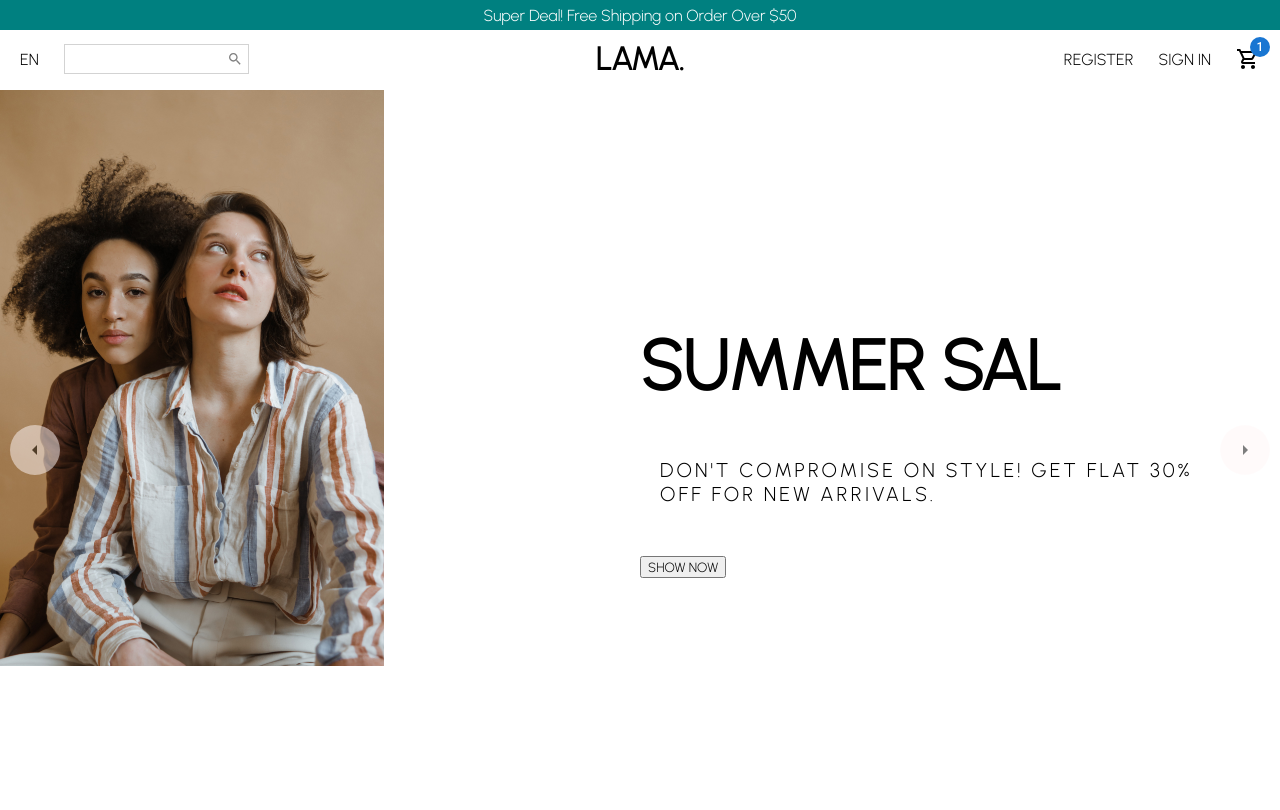
Repository: kmvaghela/ECOMMERCE
Page: /
The author's editor kept a copy of each file at every save. The page is drawn from the files as they stood at one save, then again after the next save.
The browser window is 1280 px wide. The pictures show the whole page.
The project was rebuilt for these pictures with package versions that can differ from the ones it lists, and the page was loaded fresh each time.

Above is the page before, as saved 2022-02-22 12:46:52.

### public/index.html
<!DOCTYPE html>
<html lang="en">

<head>
  <meta charset="utf-8" />
  <meta name="viewport" content="width=device-width, initial-scale=1" />
  <meta name="description" content="Web site created using create-react-app" />
  <link href="https://fonts.googleapis.com/css2?family=Urbanist:wght@100;200;300&display=swap" rel="stylesheet">
  <style>
    * {
      margin: 0;
      font-family: 'Urbanist', sans-serif;
    }
  </style>
  <title>React App</title>
</head>

<body>
  <noscript>You need to enable JavaScript to run this app.</noscript>
  <div id="root"></div>
</body>

</html>

### src/pages/Home.jsx
import React from "react";
import Announcement from "../components/Announcement";
import Navbar from "../components/Navbar";
import Slider from "../components/Slider";
const Home = () => {
  return (
    <div>
      <Announcement />
      <Navbar />
      <Slider />
    </div>
  );
};
export default Home;

### src/components/Announcement.jsx
import styled from "styled-components";

const Container = styled.div`
  height: 30px;
  background-color: teal;
  color: white;
  display: flex;
  align-items: center;
  justify-content: center;
  font-size: 14;
  font-weight: 500;
`;

const Announcement = () => {
  return (
    <Container>
      Super Deal! Free Shipping on Order Over $50
    </Container>
  );
};

export default Announcement;

### src/components/Navbar.jsx
import React from "react";
import styled from "styled-components";
import SearchOutlinedIcon from "@mui/icons-material/SearchOutlined";
import ShoppingCartOutlinedIcon from "@mui/icons-material/ShoppingCartOutlined";
import Badge from "@mui/material/Badge";

const Container = styled.div`
  height: 60px;
`;
const Wrapper = styled.div`
  padding: 10px 20px;
  display: flex;
  align-items: center;
  justify-content: space-between;
`;
const Left = styled.div`
  flex: 1;
  display: flex;
  align-items: center;
`;
const Language = styled.span`
  font-size: 14;
  cursor: pointer;
`;
const SearchContainer = styled.div`
  border: 0.5px solid lightgray;
  display: flex;
  align-items: center;
  margin-left: 25px;
  padding: 5px;
`;
const Input = styled.input`
  border: none;
`;

const Center = styled.div`
  flex: 2;
`;
const Logo = styled.h1`
  font-weight: bold;
  text-align: center;
`;

const Right = styled.div`
  flex: 1;
  display: flex;
  align-items: center;
  justify-content: flex-end;
`;
const MenuItem = styled.div`
  font-size: 14;
  cursor: pointer;
  margin-left: 25px;
`;

const Navbar = () => {
  return (
    <Container>
      <Wrapper>
        <Left>
          <Language>EN</Language>
          <SearchContainer>
            <Input />
            <SearchOutlinedIcon style={{color:"gray",fontSize:16}}/>
          </SearchContainer>
        </Left>
        <Center>
          <Logo>LAMA.</Logo>
        </Center>
        <Right>
          <MenuItem>REGISTER</MenuItem>
          <MenuItem>SIGN IN</MenuItem>
          <MenuItem>
            <Badge badgeContent={1} color="primary">
              <ShoppingCartOutlinedIcon />
            </Badge>
          </MenuItem>
        </Right>
      </Wrapper>
    </Container>
  );
};
export default Navbar;

### src/components/Slider.jsx
import styled from "styled-components";
import { ArrowLeftOutlined, ArrowRightOutlined } from "@mui/icons-material";
import img1 from "../assets/1.jpg";

const Container = styled.div`
  width: 100%;
  height: 100vh;
  display: flex;
  position: relative;
`;
const Arrow = styled.div`
  width: 50px;
  height: 50px;
  background-color: #fff7f7;
  border-radius: 50%;
  display: flex;
  align-items: center;
  justify-content: center;
  position: absolute;
  top: 0;
  bottom: 0;
  left: ${(props) => props.direction === "left" && "10px"};
  right: ${(props) => props.direction === "right" && "10px"};
  margin: auto;
  cursor: pointer;
  opacity: 0.5;
`;
const Wrapper = styled.div`
  height: 100%;
`;
const Slide = styled.div`
  width: 100vw;
  height: 100vh;
  display: flex;
  align-items: center;
`;
const ImgContainer = styled.div`
  height: 100%;
  flex: 1;
`;
const Image = styled.img`
  height: 80%;
`;
const InfoContainer = styled.div`
  flex: 1;
  padding: 50px;
`;
const Title = styled.h1`
  font-size: 70px;
`;
const Desc = styled.p`
  margin: 50px 20px;
  font-size: 20px;
  font-weight: 500;
  letter-spacing: 3px;
`;
const Button = styled.button``;

const Slider = () => {
  return (
    <Container>
      <Arrow direction="left">
        <ArrowLeftOutlined />
      </Arrow>
      <Wrapper>
        <Slide>
          <ImgContainer>
            <Image src={img1} alt="" />
          </ImgContainer>
          <InfoContainer>
            <Title>SUMMER SAL</Title>
            <Desc>
              DON'T COMPROMISE ON STYLE! GET FLAT 30% OFF FOR NEW ARRIVALS.
            </Desc>
            <Button>SHOW NOW</Button>
          </InfoContainer>
        </Slide>
      </Wrapper>
      <Arrow direction="right">
        <ArrowRightOutlined />
      </Arrow>
    </Container>
  );
};

export default Slider;

Loaded but not shown: src/index.js (common file); src/App.jsx (common file)

After the next save:
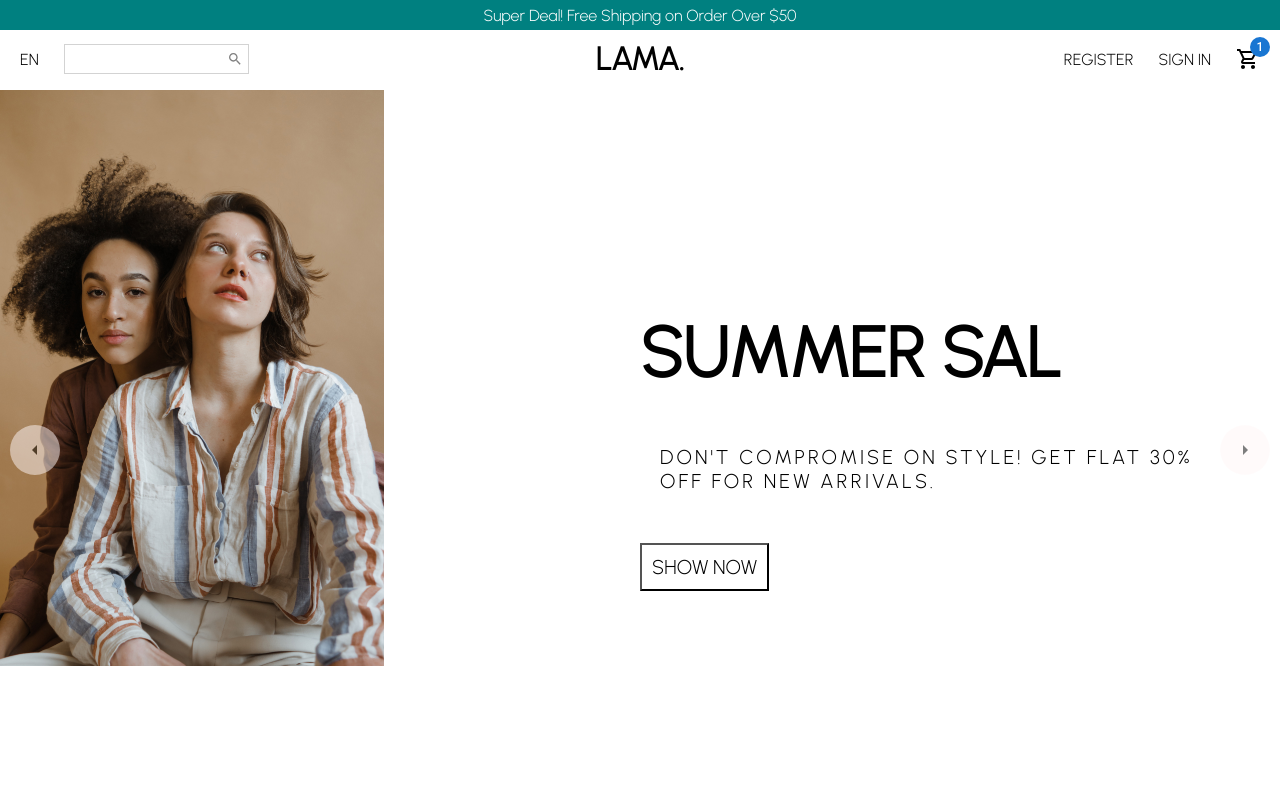
Saved 99 s later.
--- a/src/components/Slider.jsx
+++ b/src/components/Slider.jsx
@@ -54,7 +54,11 @@
   font-weight: 500;
   letter-spacing: 3px;
 `;
-const Button = styled.button``;
+const Button = styled.button`
+  padding: 10px;
+  font-size: 20px;
+  background-color: transparent;
+`;
 
 const Slider = () => {
   return (
